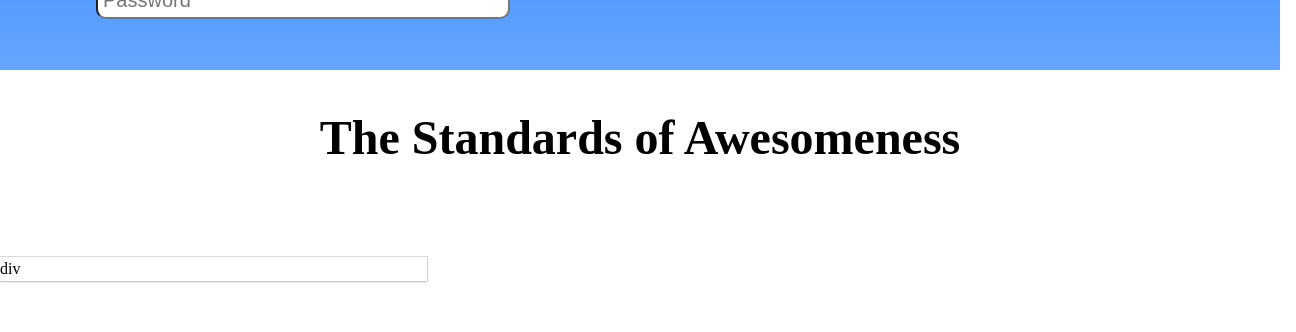
Repository: jesar-enl/My-CSS-Website
Page: index.html
These files come from the project's save history. The page is drawn as it stood at one moment and after a run of saves; the edit follows.
The browser window is 1280 px wide. The page is 1296 px wide, so the pictures cover 1296 px, including what lies to the right of the window. The pictures show the part of the page from y = 430 to 970 px (the page is 762 px tall before and 970 px after).

Above is the page before, as saved 2022-07-27 12:40:58.

After the next 8 saves:
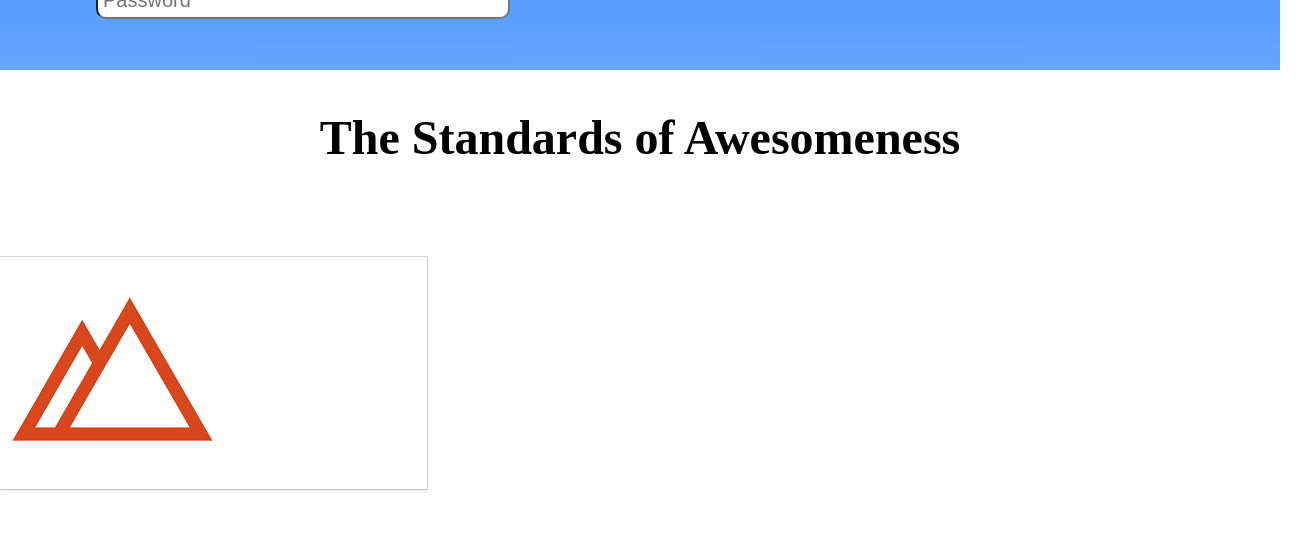
The 8 saves are shown as one change because they came seconds apart.
The last was saved 22 s later.
--- a/index.html
+++ b/index.html
@@ -81,7 +81,9 @@
       <div class="row">
         <div class="col-4">
           <div class="box">
-            div
+            <div>
+              <img src="devslopes.png" alt="">
+            </div>
           </div>
         </div>
       </div>
